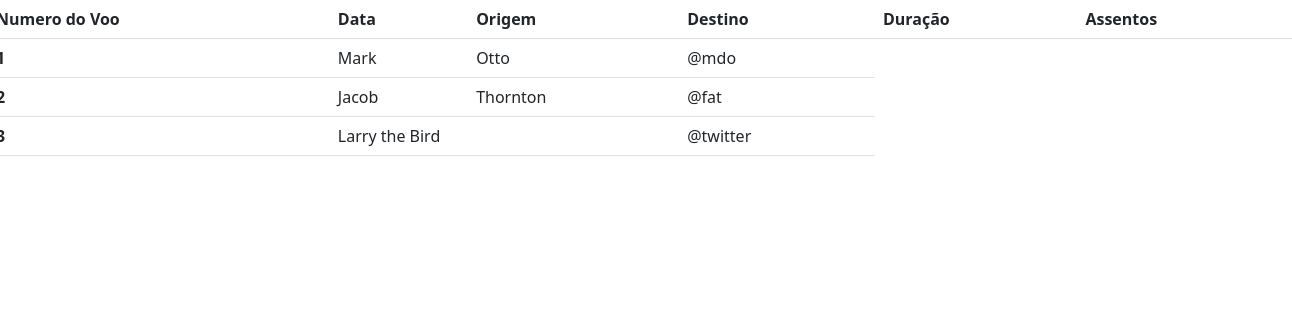
Repository: SamuelMachadoD/Java-Web-Aulas
Page: http://localhost/Redteam/WEB-INF/listaVoo.jsp
The author's editor kept a copy of each file at every save. The page is drawn from the files as they stood at one save, then again after the next save.
The browser window is 1280 px wide. The page is 1292 px wide, so the pictures cover 1292 px, including what lies to the right of the window. The pictures show the whole page.
The page is served by Tomcat 9. Nobody is signed in. The template is opened directly, without the code that normally fills it, so the values that code supplies are empty.

Above is the page before, as saved 2022-07-14 13:45:38.

After the next save:
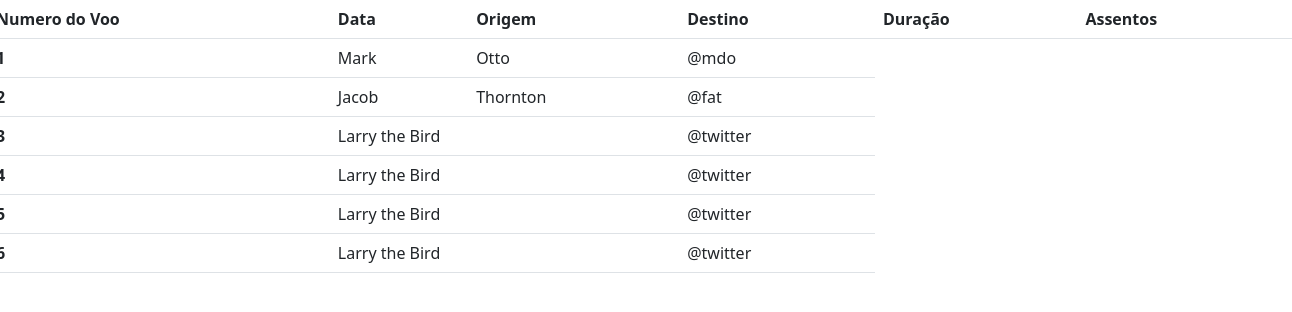
Saved 93 s later.
--- a/Redteam/src/main/webapp/WEB-INF/listaVoo.jsp
+++ b/Redteam/src/main/webapp/WEB-INF/listaVoo.jsp
@@ -35,6 +35,21 @@
       <td colspan="2">Larry the Bird</td>
       <td>@twitter</td>
     </tr>
+    <tr>
+      <th scope="row">4</th>
+      <td colspan="2">Larry the Bird</td>
+      <td>@twitter</td>
+    </tr>
+    <tr>
+      <th scope="row">5</th>
+      <td colspan="2">Larry the Bird</td>
+      <td>@twitter</td>
+    </tr>
+    <tr>
+      <th scope="row">6</th>
+      <td colspan="2">Larry the Bird</td>
+      <td>@twitter</td>
+    </tr>
   </tbody>
 </table>
 </form>
